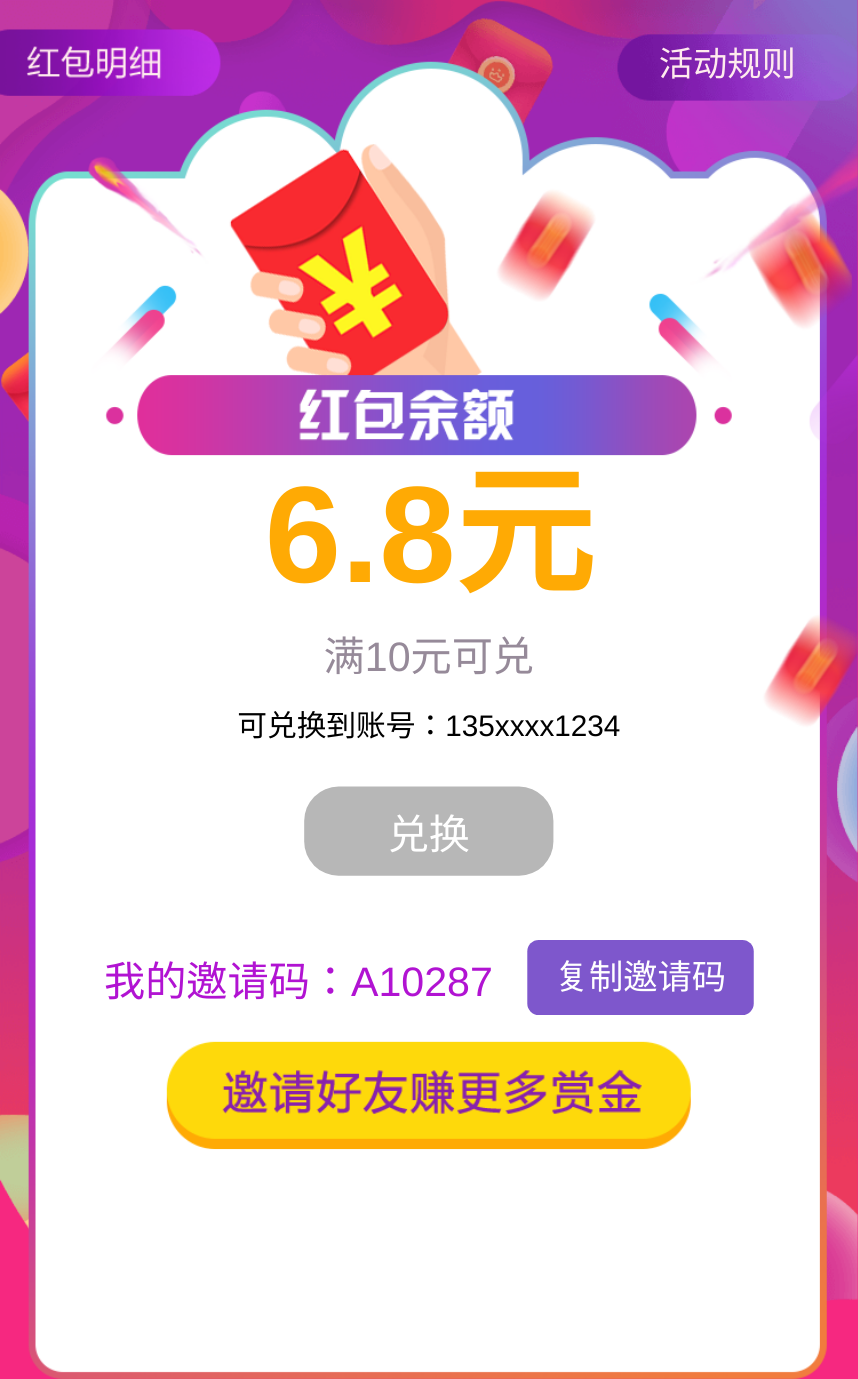
Repository: wangbiaozy/hb
Page: index.html
An editor plug-in stored every save of this project. The page is shown before and after the next save, followed by the edit.
The browser window is 1280 px wide. The pictures show the whole page, at 67% of full size.

Above is the page before, as saved 2018-08-15 17:45:06.

### index.html
<!DOCTYPE html>
<html lang="en">
<head>
    <meta charset="UTF-8">
    <meta name="viewport" content="width=device-width, initial-scale=1.0, maximum-scale=1.0, minimum-scale=1.0, user-scalable=no, viewport-fit=cover">
    <meta http-equiv="X-UA-Compatible" content="ie=edge">
    <title>Document</title>
    <link rel="stylesheet" href="css/reset.min.css">
    <link rel="stylesheet/less" href="css/styles.less">
    <script src="js/less-1.7.0.min.js"></script>
</head>
<body>
    <section class="main">
        <a id="rule_btn" href="javascript:void(0)">活动规则</a>
        <!-- 首页 -->
        <div class="f_page">
                <p>已经有<span>xxxx</span>人拿到10元话费</p>
                <a id="cj" href="javascript:void(0)"></a>
                <a href="">赚钱攻略在此>></a>
        </div>
        <!-- 获得话费红包页 -->
        <div class="result">
            <p><span id="moneyText"></span>元</p>
            <a href="javascript:void(0)"></a>
        </div>
        <!-- 红包余额页 -->
        <div class="balance">
            <a href="javascript:void(0)"></a>
            <h2><span>6.8</span>元</h2>
            <p>满10元可兑</p>
            <p>可兑换到账号：<span>135xxxx1234</span></p>
            <div>
                <a href="javascript:void(0)">兑换</a>
                <span>1</span>
            </div>
            <div>
                <p>我的邀请码：<span>A10287</span></p>
                <a href="javascript:void(0)">复制邀请码</a>
            </div>
            <a href="javascript:void(0)"></a>
        </div>
        <!-- 红包明细页 -->
        <div class="detail">
            <div>
                <ul>
                    <li>累计获得</li>
                    <li><span>19.8</span>元</li>
                </ul>
                <ul>
                    <li>已兑换</li>
                    <li><span>10</span>元</li>
                </ul>
            </div>
            <p>我的账号：<span>135xxxx1234</span></p>
            <a href="javascript:void(0)"></a>
            <ul>
                <li>
                    <p>135xxxx1234</p>
                    <p><span>8月1日</span><span>12:59</span></p>
                    <h3>+1.2</h3>
                </li>
            </ul>
        </div>


    </section>

    <!-- 活动规则弹窗 -->
    <section class="rule">
        <a href="javascript:void(0)"></a>
        <ul>
            <li>1.活动期间，用户通过10086App开屏页，首页轮播图进入活动，领取10元的话费红包。自己可拆开随机金，剩余金额需分享并邀请好友帮忙拆开，每位可帮忙拆开随机金额，全部拆完即可兑换话费。</li>
            <li>2.邀请拆  红包的好友需为新注册10086App的用户，好友在活动页面输入邀请人的邀请码才能成功帮好友拆开红包，好友帮助拆开红包后同时可获得一个话费红包。</li>
            <li>3.用户需在当前红包全部拆完后，才可开启下一个红包。</li>
            <li>4.活动期间一经发现违规等恶意操作等作弊行为将取消获奖资格。</li>
            <li>5.活动期间，用户需持续下载并的登陆110086App，否则话费奖品无法发放。</li>
        </ul>
        <a href="javascript:void(0)"></a>
    </section>
    <!-- 遮罩层 -->
    <section class="mask" id="mask"></section>
</body>
</html>
<script src="js/jquery-1.10.1.min.js"></script>
<script src="js/index.js"></script>

### css/reset.min.css
@charset "utf-8";
/*默认样式清除和初始化*/
body,h1,h2,h3,h4,h5,h6,hr,p,blockquote,dl,dt,dd,ul,ol,li,button,input,textarea,th,td{margin:0;padding:0}body{font-size:12px;font-style:normal;font-family:"\5FAE\8F6F\96C5\9ED1",Helvetica,sans-serif}small{font-size:12px}h1{font-size:18px}h2{font-size:16px}h3{font-size:14px}h4,h5,h6{font-size:100%}ul,ol{list-style:none}a{text-decoration:none;background-color:transparent}a:hover,a:active{outline-width:0;text-decoration:none}table{border-collapse:collapse;border-spacing:0}hr{border:0;height:1px}img{border-style:none}img:not([src]){display:none}svg:not(:root){overflow:hidden}html{-webkit-touch-callout:none;-webkit-text-size-adjust:100%}input,textarea,button,a{-webkit-tap-highlight-color:rgba(0,0,0,0)}article,aside,details,figcaption,figure,footer,header,main,menu,nav,section,summary{display:block}audio,canvas,progress,video{display:inline-block}audio:not([controls]),video:not([controls]){display:none;height:0}progress{vertical-align:baseline}mark{background-color:#ff0;color:#000}sub,sup{position:relative;font-size:75%;line-height:0;vertical-align:baseline}sub{bottom:-0.25em}sup{top:-0.5em}button,input,select,textarea{font-size:100%;outline:0}button,input{overflow:visible}button,select{text-transform:none}textarea{overflow:auto}button,html [type="button"],[type="reset"],[type="submit"]{-webkit-appearance:button}button::-moz-focus-inner,[type="button"]::-moz-focus-inner,[type="reset"]::-moz-focus-inner,[type="submit"]::-moz-focus-inner{border-style:none;padding:0}button:-moz-focusring,[type="button"]:-moz-focusring,[type="reset"]:-moz-focusring,[type="submit"]:-moz-focusring{outline:1px dotted ButtonText}[type="checkbox"],[type="radio"]{box-sizing:border-box;padding:0}[type="number"]::-webkit-inner-spin-button,[type="number"]::-webkit-outer-spin-button{height:auto}[type="search"]{-webkit-appearance:textfield;outline-offset:-2px}[type="search"]::-webkit-search-cancel-button,[type="search"]::-webkit-search-decoration{-webkit-appearance:none}::-webkit-input-placeholder{color:inherit;opacity:.54}::-webkit-file-upload-button{-webkit-appearance:button;font:inherit}.clear:after{display:block;height:0;content:"";clear:both}
*{ -webkit-tap-highlight-color: rgba(0,0,0,0);-webkit-tap-highlight-color: transparent; /* For some Androids */ }

### js/index.js
(function (doc, win) {
    var docEl = doc.documentElement,
        resizeEvt = 'orientationchange' in window ? 'orientationchange' : 'resize',
        recalc = function () {
            var clientWidth = docEl.clientWidth;
            if (!clientWidth) return;
            docEl.style.fontSize = 100 * (clientWidth / 750) + 'px';
        };
    if (!doc.addEventListener) return;
    win.addEventListener(resizeEvt, recalc, false);
    doc.addEventListener('DOMContentLoaded', recalc, false);
})(document, window);
$(function () {

    //显示非中奖页背景
    function showFirstPageBg(){
        $('.main').removeClass('result');
    }
    //显示中奖页背景
    function showResultPageBg(){
        $('.main').addClass('result');
    }
    //显示活动规则弹窗
    $('#rule_btn').on('click',function(){
        $('.rule').show();
        showMask();
    });
    //关闭活动规则弹窗
    function hideRuleModel(){
        $('.rule').hide();
        hideMask();
    }
    $('.rule').on('click','a',function(){
        hideRuleModel();
    })

    //首页抽红包按钮
    $('#cj').on('click',function(){
        //奖品金额随机数
        var num = (Math.random()*9+1).toFixed(2);
        $('#moneyText').text(num);
        $('.result').show();
        $('.f_page').hide();
        showResultPageBg();
    });

    //显示红包余额页
    function showBalancePage(){
        $('.balance').show();
        $('.balance').siblings('div').hide();
    }
    showBalancePage();


    //显示弹窗
    function showModel(){
        $('.model').show();
        showMask();
    }

    //关闭弹窗
    $('.close').on('click',function(){
        $(this).parent().parent().hide();
        hideMask();
    });
    //显示遮罩层
    function showMask(){
        $("#mask").css("height",$(document).height());
        $("#mask").css("width",$(document).width());
        $("#mask").show();
        $('body').css('position','fixed');
    }
    //隐藏遮罩层
    function hideMask(){
        $("#mask").hide();
        $('body').css('position','unset');
    }
});

Loaded but not shown: js/less-1.7.0.min.js (library); js/jquery-1.10.1.min.js (library)

After the next save:
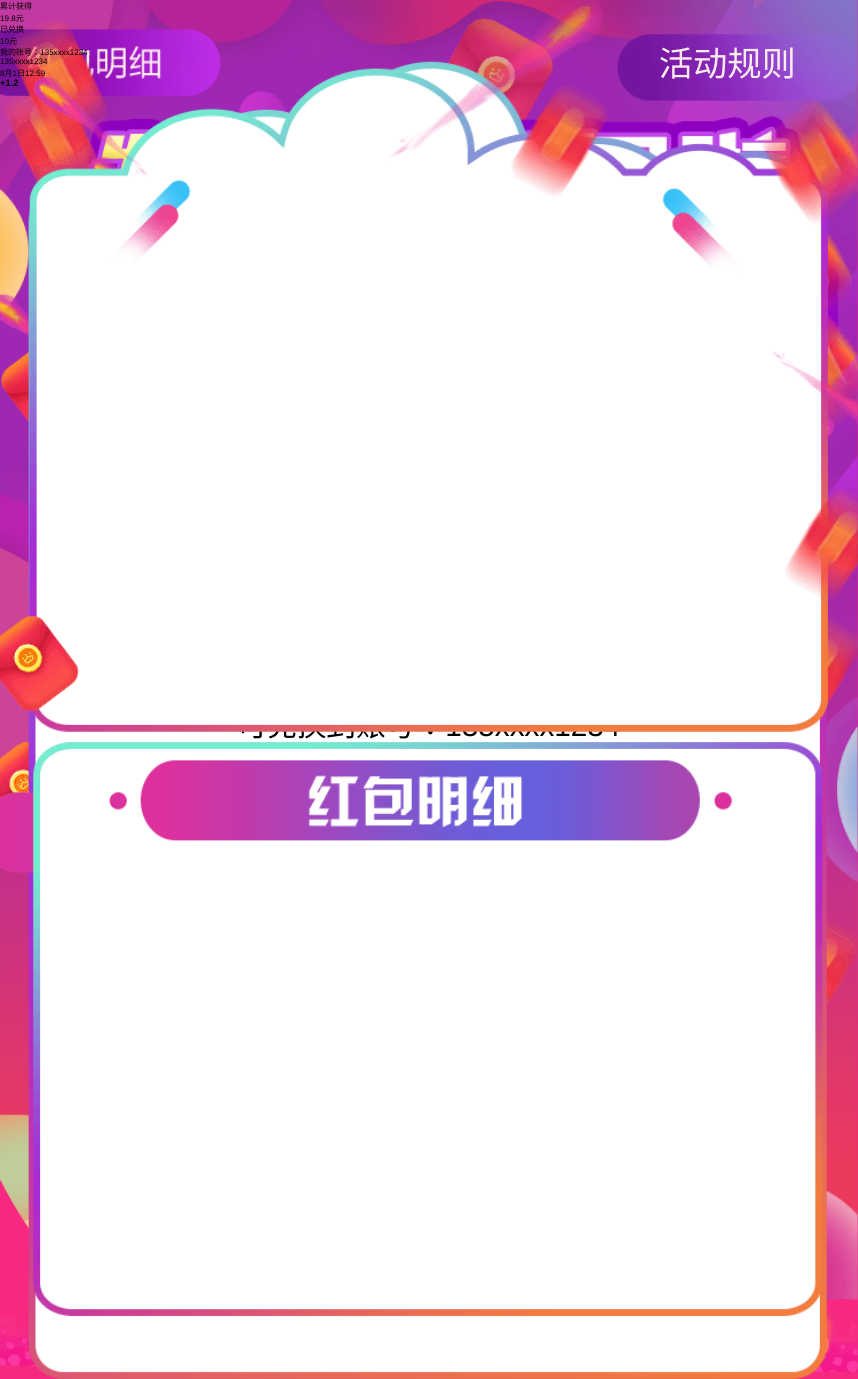
Saved 51 s later.
--- a/js/index.js
+++ b/js/index.js
@@ -49,7 +49,8 @@ $(function () {
         $('.balance').show();
         $('.balance').siblings('div').hide();
     }
-    showBalancePage();
+    //showBalancePage();
+
 
 
     //显示弹窗
